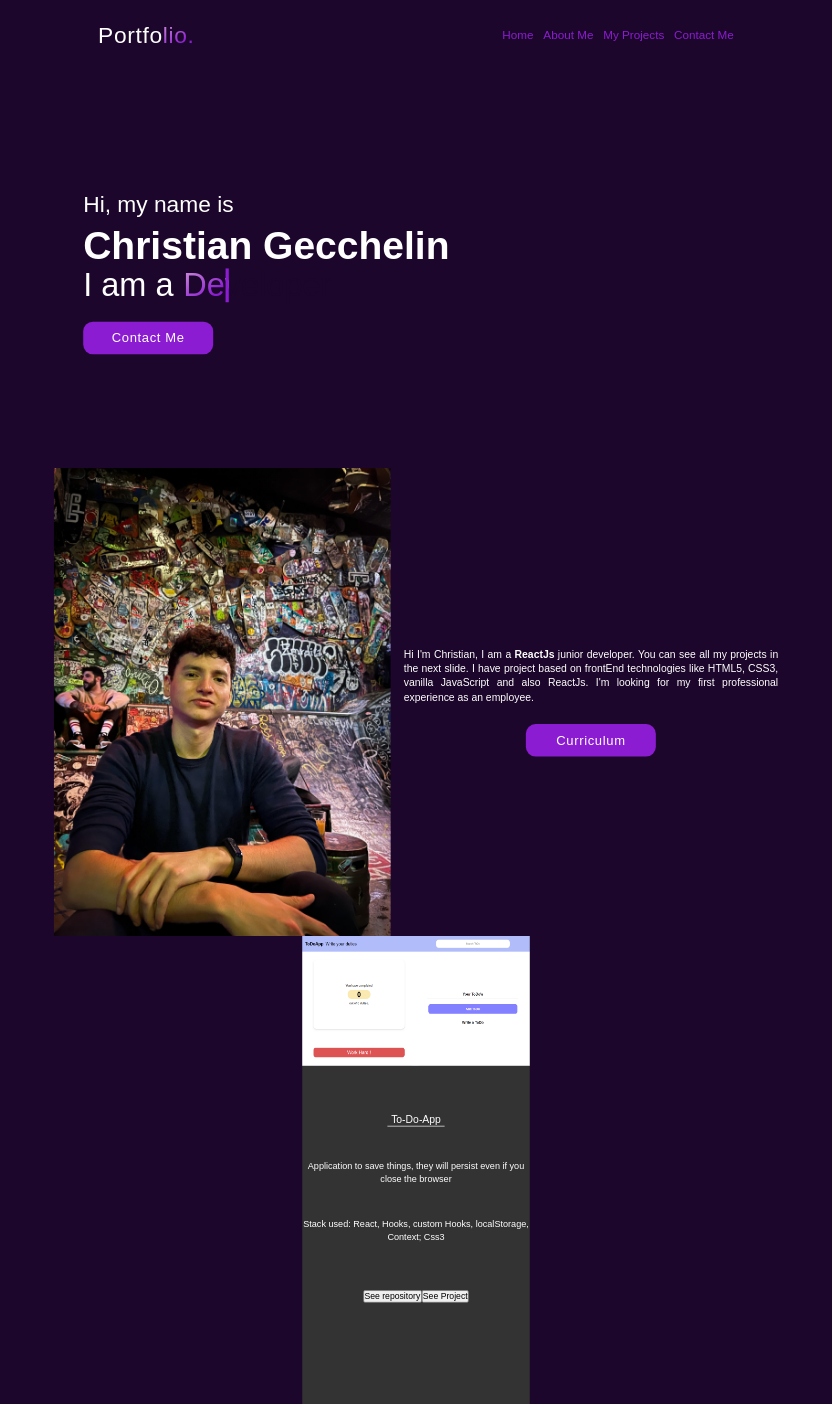
Repository: ChristianGecchelin/portfolio-web
Page: /
The author's editor kept a copy of each file at every save. The page is drawn from the files as they stood at one save, then again after the next save.
The browser window is 1280 px wide. The pictures show the whole page, at 65% of full size.
The project was rebuilt for these pictures with package versions that can differ from the ones it lists, and the page was loaded fresh each time.

Above is the page before, as saved 2022-01-21 18:26:53.

### public/index.html
<!DOCTYPE html>
<html lang="en">
  <head>
    <meta charset="utf-8" />
    <link rel="icon" href="%PUBLIC_URL%/favicon.ico" />
    <meta name="viewport" content="width=device-width, initial-scale=1" />
    <meta name="theme-color" content="#000000" />
    <meta name="description" content="Portfolio Online Christian Gecchelin" />
    <link rel="apple-touch-icon" href="%PUBLIC_URL%/logo192.png" />

    <link rel="manifest" href="%PUBLIC_URL%/manifest.json" />

    <title>Portfolio Christian</title>
  </head>
  <body>
    <noscript>You need to enable JavaScript to run this app.</noscript>
    <div id="root"></div>
  </body>
</html>

### src/index.js
import React from "react";
import ReactDOM from "react-dom";

import App from "./App/index";
import "./index.css";
ReactDOM.render(<App />, document.getElementById("root"));

### src/App/index.js
import { AppUI } from "./AppUI";
import "./App.css";

function App() {
  return <AppUI></AppUI>;
}

export default App;

### src/index.css
* {
  box-sizing: border-box;
  margin: 0;
  padding: 0;
}
html {
  font-size: 62.5%;
  font-family: "DM Sans", sans-serif;
}
body {
  background: #1d062b;
  width: 100%;
  height: 100vh;
}

### src/App/AppUI.js
import React from "react";
import { Header } from "../Header/Index.js";
import { Home } from "../Home/Index.js";
import { AboutMe } from "../AboutMe/index.js";
import { MyProjects } from "../MyProjects/index.js";
import "./App.css";

function AppUI() {
  return (
    <>
      <Header />
      <Home />
      <AboutMe />
      <MyProjects />
    </>
  );
}
export { AppUI };

### src/Header/Index.js
import React from "react";
import { NavBar } from "./NavBar";
import "./header.css";

function Header() {
  return (
    <header>
      <h1>
        Portfo<span>lio.</span>
      </h1>
      <NavBar />
    </header>
  );
}
export { Header };

### src/Home/Index.js
import React from "react";
import "./Home.css";
function Home() {
  return (
    <section className="Home-container">
      <div className="text-container">
        <p className="first-lineText">Hi, my name is</p>
        <p className="principal-lineText">Christian Gecchelin</p>
        <p className="secondary-lineText">I am a</p>
        <div className="span-container">
          <span data-text="Developer">Developer </span>
        </div>
      </div>
      <button type="button" className="contact-button">
        Contact Me
      </button>
    </section>
  );
}
export { Home };

### src/AboutMe/index.js
import React from "react";
import "./AboutMe.css";
import profile from "../Assets/profile.jpg";
function AboutMe() {
  return (
    <section className="AboutMe-container">
      <div className="image-container">
        <img
          className="image"
          src={profile}
          alt="Christian Gecchelin"
          title="Christian Gecchelin"
        ></img>
      </div>
      <div className="information-container">
        <p className="">
          Hi I'm Christian, I am a <b>ReactJs</b> junior developer. You can see
          all my projects in the next slide. I have project based on frontEnd
          technologies like HTML5, CSS3, vanilla JavaScript and also ReactJs.
          I'm looking for my first professional experience as an employee.
        </p>
        <button>Curriculum</button>
      </div>
    </section>
  );
}
export { AboutMe };

### src/MyProjects/index.js
import React from "react";
import ToDoApp from "../Assets/to-do-app.png";
import "./MyProjects.css";
function MyProjects() {
  return (
    <section className="project-section">
      <div className="project-card">
        <img
          className="card-image"
          src={ToDoApp}
          alt="ToDoAppImage"
          title="ToDoAppImage"
        ></img>
        <div className="card-text-container">
          <h3 className="card-title">To-Do-App</h3>
          <p className="card-text">
            Application to save things, they will persist even if you close the
            browser
          </p>
          <p className="card-text">
            Stack used: React, Hooks, custom Hooks, localStorage, Context; Css3
          </p>
        </div>
        <div className="button-container">
          <button className="button-repository">See repository</button>
          <button className="button-project">See Project</button>
          {/* Crear componentes botones */}
        </div>
      </div>
    </section>
  );
}
export { MyProjects };

### src/Header/NavBar/index.js
import React from "react";
import { MobileNavigation } from "./MobileNavigation";
import { Navigation } from "./Navigation";
import "./NavBar.css";
function NavBar() {
  return (
    <div className="NavBar">
      <MobileNavigation />
      <Navigation />
    </div>
  );
}
export { NavBar };

### src/Header/header.css
header {
  display: flex;
  flex-direction: row;
  justify-content: space-around;
  align-items: center;
  gap: 5%;
  width: 100%;
  height: 15vh;
}
header h1 {
  margin: 0;
  width: 20%;
  min-width: 200px;
  font-size: 3.5rem;
  letter-spacing: 1px;
  font-weight: 500;
  color: #fff;
}
header h1 span {
  background: linear-gradient(147deg, #ce93d8 0%, #8c1cd1 74%);
  background-clip: text;
  color: transparent;
  font-weight: 500;
}
@media (max-width: 750px) {
  header {
    justify-content: center;
    gap: 0;
  }
}

### src/Home/Home.css
.Home-container {
  position: relative;
  display: flex;
  flex-direction: column;
  justify-content: center;
  align-items: flex-start;
  width: 80%;
  min-width: 280px;
  height: 85vh;
  margin: 0 auto;
  gap: 30px;
}
.Home-container .text-container {
  display: flex;
  flex-direction: row;
  align-items: flex-start;
  flex-wrap: wrap;
  width: 100%;
  height: auto;
  text-align: left;
}
.Home-container .text-container .first-lineText {
  width: 100%;
  font-size: 3.5rem;
  font-weight: 500;
  line-height: 6rem;
  color: #fff;
}
.Home-container .text-container .principal-lineText {
  width: 100%;
  font-size: 6rem;
  font-weight: 700;
  color: #fff;
}
.Home-container .text-container .secondary-lineText {
  font-size: 5rem;
  font-weight: 500;
  color: #fff;
  line-height: 5.2rem;
}
.span-container {
  position: relative;
  display: inline-block;
  margin-left: 15px;
  height: 52px;
}
.Home-container .text-container span {
  /* color: #1d062b;
  -webkit-text-stroke: 0.3vw yellow; */
  font-size: 5rem;
  font-weight: 500;
  line-height: 5.2rem;
  color: #1d062b;
}
.Home-container .text-container span::before {
  content: attr(data-text);
  position: absolute;
  top: 0;
  left: 0px;
  width: 0;
  height: 100%;
  padding-right: 3.9px;
  background: linear-gradient(147deg, #ce93d8 0%, #8c1cd1 74%);
  background-clip: text;
  color: transparent;
  border-right: 5px solid #8c1cd1;
  overflow: hidden;
  animation: animate 6s linear infinite;
}
.Home-container .contact-button {
  outline: none;
  width: 200px;
  height: 50px;
  background: #8c1cd1;
  border: none;
  border-radius: 15px;
  color: white;
  font-size: 2rem;
  letter-spacing: 1px;
  cursor: pointer;
}
@keyframes animate {
  0%,
  10%,
  100% {
    width: 0%;
  }
  70%,
  90% {
    width: 100%;
  }
}
@media (max-width: 769px) {
  .Home-container {
    align-items: center;
  }
  .Home-container .text-container {
    justify-content: center;
    text-align: center;
    align-items: center;
  }
}

### src/AboutMe/AboutMe.css
.AboutMe-container {
  display: flex;
  flex-direction: row;
  justify-content: center;
  align-items: center;
  flex-wrap: wrap;
  width: 90%;
  min-width: 300px;
  height: 100vh;
  margin: 0 auto;
}
.AboutMe-container .image-container {
  width: 50%;
  height: 50%;
  min-width: 320px;
}
.AboutMe-container .image-container .image {
  object-fit: cover;
  width: 100%;
  height: 100%;
}
.AboutMe-container .information-container {
  display: flex;
  flex-direction: column;
  justify-content: center;
  align-items: center;
  width: 50%;
  height: 50%;
  min-width: 320px;
  text-align: justify;
  gap: 30px;
}
.AboutMe-container .information-container p {
  font-size: 1.6rem;
  line-height: 2.2rem;
  font-weight: 400;
  color: #fff;
}
.AboutMe-container .information-container button {
  width: 200px;
  height: 50px;
  background: #8c1cd1;
  border: none;
  border-radius: 15px;
  color: white;
  font-size: 2rem;
  letter-spacing: 1px;
  cursor: pointer;
  margin: 0 auto;
}
@media (min-width: 750px) {
  .AboutMe-container {
    gap: 20px;
  }
  .AboutMe-container .image-container {
    width: 45%;
    height: 100%;
  }
  .AboutMe-container .information-container {
    height: 100%;
  }
}

### src/MyProjects/MyProjects.css
.project-section {
  display: flex;
  flex-direction: row;
  flex-wrap: wrap;
  align-items: center;
  justify-content: center;
  height: 100vh;
  width: 80%;
  min-width: 320px;
  margin: 0 auto;
}
.project-section .project-card {
  position: relative;
  display: flex;
  flex-direction: column;
  justify-content: flex-start;
  align-items: center;
  max-width: 350px;
  min-width: 320px;
  height: 100vh;
  background: #333;
  text-align: center;
  gap: 10vh;
}
.project-section .project-card .card-image {
  width: 100%;
  height: 200px;
  object-fit: fill;
}
.project-section .project-card .card-text-container {
  display: flex;
  flex-direction: column;
  align-items: center;
  justify-content: center;
  gap: 50px;
}
.project-section .project-card .card-title {
  width: 25%;
  margin: 0 auto;
  font-size: 1.6rem;
  line-height: 2rem;
  font-weight: 500;
  color: #fff;
  border-bottom: 1px solid white;
}
.project-section .project-card .card-text {
  font-size: 1.4rem;
  line-height: 2rem;
  font-weight: 400;
  color: #fff;
}

### src/Header/NavBar/MobileNavigation.js
import React, { useState } from "react";
import "./NavBar.css";
import { NavLinks } from "./NavLinks";
import { TiThMenu } from "react-icons/ti";
function MobileNavigation() {
  const [open, setOpen] = useState(false);
  const closeMobileMenu = () => setOpen(false);
  return (
    <nav className="MobileNavigation">
      <TiThMenu className="hamburguer" onClick={() => setOpen(!open)} />
      {open && <NavLinks isMobile={true} closeMobileMenu={closeMobileMenu} />}
    </nav>
  );
}
export { MobileNavigation };

### src/Header/NavBar/Navigation.js
import React from "react";
import "./NavBar.css";
import { NavLinks } from "./NavLinks";
function Navigation() {
  return (
    <nav className="Navigation">
      <NavLinks />
    </nav>
  );
}
export { Navigation };

### src/Header/NavBar/NavBar.css
.NavBar .MobileNavigation {
  display: none;
}
.NavBar .Navigation {
  display: flex;
  align-items: center;
}
.NavBar nav ul {
  display: flex;
  flex-direction: row;
  justify-content: flex-end;
  gap: 15px;
  text-align: center;
  list-style: none;
}
.NavBar nav ul li a {
  font-size: 1.8rem;
  font-weight: 500;
  line-height: 2rem;
  text-decoration: none;
  color: #8c1cd1;
}
a:visited {
  color: #8c1cd1;
}
.NavBar nav ul li a:hover {
  color: #fff;
}
@media (max-width: 750px) {
  .NavBar .Navigation {
    display: none;
  }
  .NavBar .MobileNavigation {
    display: flex;
    align-items: center;
  }
  .NavBar .MobileNavigation .hamburguer {
    position: absolute;
    color: #fff;
    height: 2rem;
    width: 2rem;
    cursor: pointer;
    z-index: 2;
  }
  .NavBar nav ul {
    display: flex;
    flex-direction: column;
    justify-content: center;
    gap: 10px;
    position: absolute;
    margin: 0;
    top: 0;
    right: 0;
    width: 100%;
    height: 100vh;
    background: rgba(0, 0, 0, 0.95);
    text-align: center;
    z-index: 1;
  }
  .NavBar nav ul li a {
    font-size: 2.4rem;
    font-weight: 500;
    line-height: 2.5rem;
    text-decoration: none;
    letter-spacing: 1px;
  }
  a:visited {
    color: #8c1cd1;
  }
}

### src/Header/NavBar/NavLinks.js
import React from "react";
import "./NavBar.css";
import { motion } from "framer-motion";
function NavLinks(props) {
  const animateFrom = { opacity: 0, y: -40 };
  const animateTo = { opacity: 1, y: 0 };
  return (
    <ul>
      <motion.li
        initial={animateFrom}
        animate={animateTo}
        transition={{ delay: 0.05 }}
        onClick={() => props.isMobile && props.closeMobileMenu()}
      >
        <a href="#home">Home</a>
      </motion.li>
      <motion.li
        initial={animateFrom}
        animate={animateTo}
        transition={{ delay: 0.1 }}
        onClick={() => props.isMobile && props.closeMobileMenu()}
      >
        <a href="#aboutMe">About Me</a>
      </motion.li>
      <motion.li
        initial={animateFrom}
        animate={animateTo}
        transition={{ delay: 0.2 }}
        onClick={() => props.isMobile && props.closeMobileMenu()}
      >
        <a href="#myProjects">My Projects</a>
      </motion.li>
      <motion.li
        initial={animateFrom}
        animate={animateTo}
        transition={{ delay: 0.3 }}
        onClick={() => props.isMobile && props.closeMobileMenu()}
      >
        <a href="#contactMe">Contact Me</a>
      </motion.li>
    </ul>
  );
}
export { NavLinks };

Loaded but not shown: src/App/App.css (common file)

After the next save:
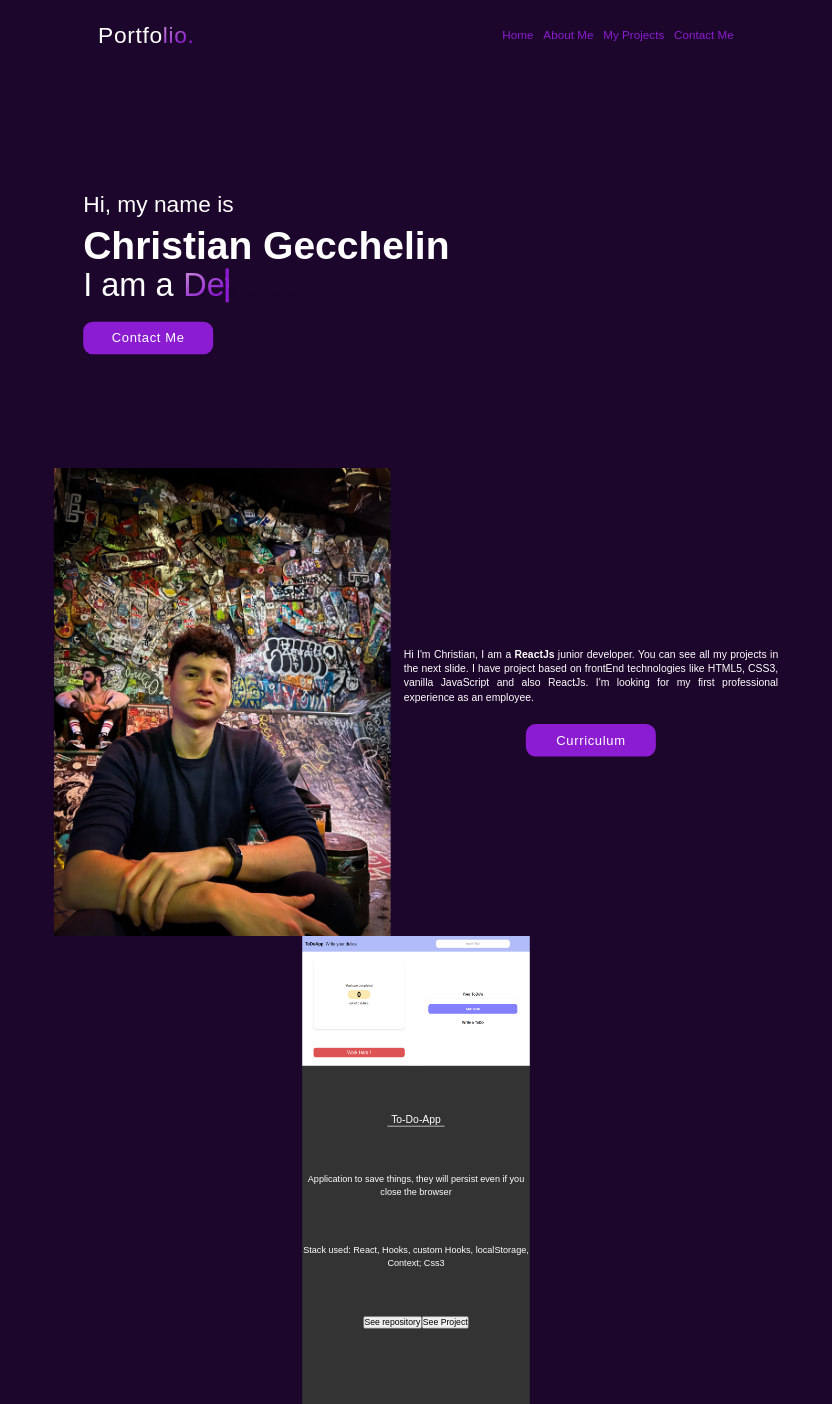
Saved 20 s later.
--- a/src/MyProjects/MyProjects.css
+++ b/src/MyProjects/MyProjects.css
@@ -32,7 +32,7 @@
   flex-direction: column;
   align-items: center;
   justify-content: center;
-  gap: 50px;
+  gap: 70px;
 }
 .project-section .project-card .card-title {
   width: 25%;
